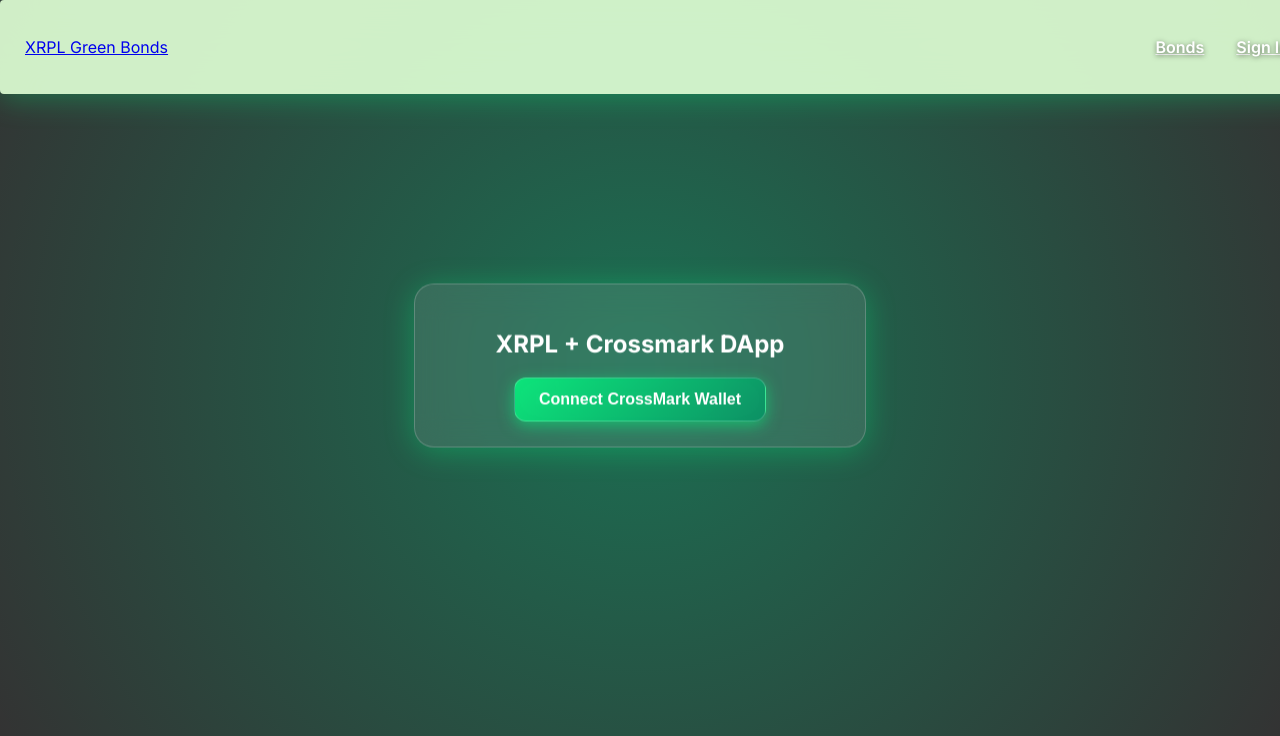
Repository: pbryzek/hackathon-xrpl
Page: / (app in frontend/)
An editor plug-in stored every save of this project. The page is shown before and after the next save, followed by the edit.
The browser window is 1280 px wide. The pictures show the whole page.
The page's requests for data from a server got no answer. The project was rebuilt for these pictures with package versions that can differ from the ones it lists, and the page was loaded fresh each time. No one was signed in, and anything a server would have sent is missing. Also part of the build but not shown: frontend/vite.config.ts, frontend/src/services/bondService.ts, frontend/src/pages/BondSelection.tsx, frontend/src/lib/utils.ts, frontend/src/components/ui/button.tsx, frontend/src/components/ui/input.tsx, frontend/src/components/ui/label.tsx, frontend/src/components/ui/tabs.tsx and 15 more.

Above is the page before, as saved 2025-03-15 11:43:43.

### frontend/index.html
<!DOCTYPE html>
<html lang="en">
  <head>
    <meta charset="UTF-8" />
    <meta name="viewport" content="width=device-width, initial-scale=1.0" />
    <title>buy-sell-bonds</title>
    <meta name="description" content="Lovable Generated Project" />
    <meta name="author" content="Lovable" />
    <meta property="og:image" content="/og-image.png" />
  </head>

  <body>
    <div id="root"></div>
    <!-- IMPORTANT: DO NOT REMOVE THIS SCRIPT TAG OR THIS VERY COMMENT! -->
    <script src="https://cdn.gpteng.co/gptengineer.js" type="module"></script>
    <script type="module" src="/src/main.tsx"></script>
  </body>
</html>

### frontend/src/main.tsx
import { createRoot } from 'react-dom/client'
import App from './App.tsx'
import './index.css'
import './index1.css'

createRoot(document.getElementById("root")!).render(<App />);

### frontend/src/App.tsx
import React from "react";
import { BrowserRouter as Router, Routes, Route } from "react-router-dom";
import BondSelection from "./pages/BondSelection";
import CrossMarkAuth from "./pages/CrossMarkAuth";
import Index from "./pages/Index";
import NotFound from "./pages/NotFound";
// ✅ Import the Header Component
import Header from "./components/ui/header";
import "./index.css"; // ✅ Ensure Tailwind is applied
import "./index1.css"; // ✅ Ensure Tailwind is applied


const App: React.FC = () => {
  return (
    <Router>
      <div className="flex flex-col min-h-screen bg-background text-foreground">
        <Header />
        <main className="flex-grow p-4">
          <Routes>
            <Route path="/" element={<CrossMarkAuth />} />
            <Route path="/bonds" element={<BondSelection />} />
            <Route path="/marketplace" element={<Index />} />
            <Route path="*" element={<NotFound />} />
          </Routes>
        </main>
      </div>
    </Router>
  );
};

export default App;

### frontend/src/index.css
@import url('https://fonts.googleapis.com/css2?family=Inter:wght@100;200;300;400;500;600;700;800;900&display=swap');

@tailwind base;
@tailwind components;
@tailwind utilities;


@layer base {
  :root {
    --background: 210 40% 98%;
    --foreground: 222 47% 11%;

    --card: 0 0% 100%;
    --card-foreground: 222 47% 11%;

    --popover: 0 0% 100%;
    --popover-foreground: 222 47% 11%;

    --primary: 221 83% 53%;
    --primary-foreground: 210 40% 98%;

    --secondary: 210 40% 96%;
    --secondary-foreground: 222 47% 11%;

    --muted: 210 40% 96%;
    --muted-foreground: 220 16% 46%;

    --accent: 210 40% 96%;
    --accent-foreground: 222 47% 11%;

    --destructive: 0 84% 60%;
    --destructive-foreground: 210 40% 98%;

    --border: 220 14% 90%;
    --input: 220 14% 90%;
    --ring: 221 83% 53%;

    --radius: 0.8rem;

    --bond-blue: 221 83% 53%;
    --bond-blue-light: 213 94% 68%;
    --bond-blue-dark: 224 76% 48%;
    --bond-gray: 220 14% 90%;
    --bond-gray-light: 220 14% 95%;
    --bond-gray-dark: 218 11% 80%;
    --bond-green: 142 76% 36%;
    --bond-red: 0 84% 60%;
  }

  .dark {
    --background: 222 47% 11%;
    --foreground: 210 40% 98%;

    --card: 222 47% 11%;
    --card-foreground: 210 40% 98%;

    --popover: 222 47% 11%;
    --popover-foreground: 210 40% 98%;

    --primary: 217 91% 60%;
    --primary-foreground: 222 47% 11%;

    --secondary: 217 33% 17%;
    --secondary-foreground: 210 40% 98%;

    --muted: 217 33% 17%;
    --muted-foreground: 215 20% 65%;

    --accent: 217 33% 17%;
    --accent-foreground: 210 40% 98%;

    --destructive: 0 63% 31%;
    --destructive-foreground: 210 40% 98%;

    --border: 217 33% 17%;
    --input: 217 33% 17%;
    --ring: 224 76% 48%;
  }
}

@layer base {
  body {
    background-color: hsl(var(--background));
    color: hsl(var(--foreground));
  }
}

.glass-panel {
  background-color: rgba(255, 255, 255, 0.9);
  backdrop-filter: blur(12px);
  border: 1px solid rgba(255, 255, 255, 0.4);
  box-shadow: 0 4px 6px -1px rgba(0, 0, 0, 0.1), 0 2px 4px -1px rgba(0, 0, 0, 0.06);
}

.animate-enter {
  animation: fade-in 0.4s forwards, slide-up 0.4s forwards;
}

.bond-hover {
  transition: all 0.2s ease-out;
}

.bond-hover:hover {
  transform: translateY(-2px);
}

/* Scrollbar styling */
::-webkit-scrollbar {
  width: 6px;
  height: 6px;
}

::-webkit-scrollbar-track {
  background: transparent;
}

::-webkit-scrollbar-thumb {
  background: hsl(var(--bond-gray-dark));
  border-radius: 6px;
}

::-webkit-scrollbar-thumb:hover {
  background: hsl(var(--bond-blue-light));
}

/* ✅ Floating effect for navbar */
header {
  box-shadow: 0px 4px 30px rgba(0, 255, 128, 0.3);
}

### frontend/src/index1.css
@tailwind base;
@tailwind components;
@tailwind utilities;

@keyframes float {
  0% { transform: translateY(0px); }
  50% { transform: translateY(-10px); }
  100% { transform: translateY(0px); }
}

/* ✅ Global Styles */
body {
  background: radial-gradient(circle, rgba(2, 96, 64, 0.9) 0%, rgba(0, 0, 0, 0.8) 100%);
  color: white;
  font-family: "Inter", sans-serif;
}

/* ✅ Floating Animation */
.floating {
  animation: float 3s ease-in-out infinite;
}
/* ✅ Lightened Glassmorphism Navbar */
.header {
  background: rgba(221, 253, 211, 0.931); /* Lighter semi-transparent */
  backdrop-filter: blur(20px);
  box-shadow: 0px px 15px rgba(187, 253, 220, 0.4);
  padding: 25px;
  border-radius: 4px;
  position: fixed;
  top: 0;
  left: 0;
  width: 100%;
  z-index: 50;
}

/* ✅ Navbar Links */
.nav-link {
  color: white !important; /* Brighter for visibility */
  font-weight: 600;
  text-shadow: 0px 1px 5px rgba(0, 0, 0, 0.5); /* Slight glow */
  padding: 12px 16px;
  border-radius: 8px;
  transition: background 0.3s ease-in-out;
}

.nav-link:hover {
  background: rgba(255, 255, 255, 0.4);
  color: #001F1F; /* Darker contrast on hover */
  text-shadow: none;
}

/* ✅ Logo Visibility */
.logo {
  font-size: 14rem;
  font-weight: bold;
  color: #00FF99; /* Neon green */
  text-shadow: 0px 2px 10px rgba(0, 255, 128, 0.7);
}







/* ✅ Glass Card */
.glass-card {
  background: rgba(255, 255, 255, 0.1); /* Semi-transparent white */
  backdrop-filter: blur(15px); /* Smooth frosted glass effect */
  box-shadow: 0px 4px 30px rgba(0, 255, 128, 0.3); /* Stronger green glow */
  border: 1px solid rgba(255, 255, 255, 0.2); /* Subtle border */
  padding: 25px;
  border-radius: 20px;
  transition: all 0.3s ease-in-out;
}

.glass-card:hover {
  box-shadow: 0px 6px 35px rgba(0, 255, 128, 0.5); /* More intense on hover */
  transform: scale(1.02); /* Slight expansion effect */
}

/* ✅ Glass Button */
.glass-button {
  background: linear-gradient(135deg, rgba(0, 255, 128, 0.8), rgba(0, 150, 100, 0.8));
  color: white;
  padding: 12px 24px;
  border-radius: 12px;
  font-size: 16px;
  font-weight: bold;
  backdrop-filter: blur(15px);
  border: 1px solid rgba(255, 255, 255, 0.2);
  box-shadow: 0px 4px 15px rgba(0, 255, 128, 0.5);
  transition: all 0.3s ease-in-out;
}

.glass-button:hover {
  background: linear-gradient(135deg, rgba(0, 255, 128, 1), rgba(0, 150, 100, 1));
  transform: scale(1.05);
  box-shadow: 0px 6px 20px rgba(0, 255, 128, 0.7);
}

.glass-button:disabled {
  background: rgba(255, 255, 255, 0.2);
  cursor: not-allowed;
  box-shadow: none;
}

### frontend/src/pages/CrossMarkAuth.tsx
import React, { useState, useEffect } from "react";
import sdk from "@crossmarkio/sdk";
import * as xrpl from "xrpl";
import "../index1.css"
import { signIn } from "../services/authService"; // Import service

const CrossmarkAuth: React.FC = () => {
  const [account, setAccount] = useState<string | null>(null);
  const [balance, setBalance] = useState<string | null>(null);
  const [isLoading, setIsLoading] = useState<boolean>(false);

  useEffect(() => {
    console.log("Crossmark session will not restore automatically.");
    // Do NOT check localStorage or auto-authenticate
  }, []);


  const signInWithCrossmark = async () => {
    setIsLoading(true);
    try {
      console.log("User clicked sign-in, starting authentication...");

      // Step 1: Authenticate via Crossmark
      const { response } = await sdk.methods.signInAndWait();
      if (!response || !response.data || !response.data.address) {
        throw new Error("Failed to authenticate with Crossmark");
      }

      const userAccount = response.data.address;
      setAccount(userAccount);
      fetchBalance(userAccount);

      // Step 2: Send wallet address to backend
      console.log("Sending wallet address to backend...");
      const backendResponse = await signIn();
      console.log("Backend Response:", backendResponse);

    } catch (error) {
      console.error("Crossmark sign-in failed:", error);
    } finally {
      setIsLoading(false);
    }
  };

  const fetchBalance = async (walletAddress: string) => {
    try {
      const client = new xrpl.Client("wss://s.altnet.rippletest.net/");
      await client.connect();
      const response = await client.request({
        command: "account_info",
        account: walletAddress,
        ledger_index: "validated",
      });
      const xrpBalance = xrpl.dropsToXrp(response.result.account_data.Balance);
      setBalance(xrpBalance.toString());
      client.disconnect();
    } catch (error) {
      console.error("Error fetching balance:", error);
    }
  };

  return (
    <div className="flex justify-center items-center h-screen bg-background">
      <div className="floating glass-card text-center w-[400px]">
        <h2 className="text-2xl font-semibold text-primary mb-4">XRPL + Crossmark DApp</h2>

        {!account ? (
          <button
            onClick={signInWithCrossmark}
            disabled={isLoading}
            className="glass-button transition-all duration-300"
          >
            {isLoading ? "Signing in..." : "Connect CrossMark Wallet"}
          </button>
        ) : (
          <>
            <p className="text-lg text-white/90 mb-2">Connected Wallet:</p>
            <p className="text-white text-lg font-bold">{account}</p>
            <p className="text-sm text-white/70 mt-2">Balance: {balance} XRP</p>
          </>
        )}
      </div>
    </div>
  );
};

export default CrossmarkAuth;

### frontend/src/components/ui/header.tsx
import React from "react";
import { Link } from "react-router-dom";

const Header: React.FC = () => {
  return (
    <header className="header">
      <div className="container mx-auto flex justify-between items-center px-6">
        {/* ✅ Logo */}
        <Link to="/" className="text-2xl font-extrabold text-primary tracking-wider">
          XRPL Green Bonds
        </Link>

        {/* ✅ Navigation Links */}
        <nav className="flex space-x-6">
          <Link to="/bonds" className="nav-link">Bonds</Link>
          <Link to="/auth" className="nav-link">Sign In</Link>
        </nav>
      </div>
    </header>
  );
};

export default Header;

### frontend/src/services/authService.ts
const BACKEND_URL = import.meta.env.VITE_BACKEND_DOMAIN;

export const signIn = async () => {
    try {
      const response = await fetch(`${BACKEND_URL}/create-signin`, {
        method: "POST",
        headers: {
          "Content-Type": "application/json",
        },
      });

      if (!response.ok) {
        throw new Error(`HTTP error! Status: ${response.status}`);
      }

      const data = await response.json();
      console.log("Sign-in response:", data);
      return data;
    } catch (error) {
      console.error("Error signing in:", error);
      throw error;
    }
};

After the next save:
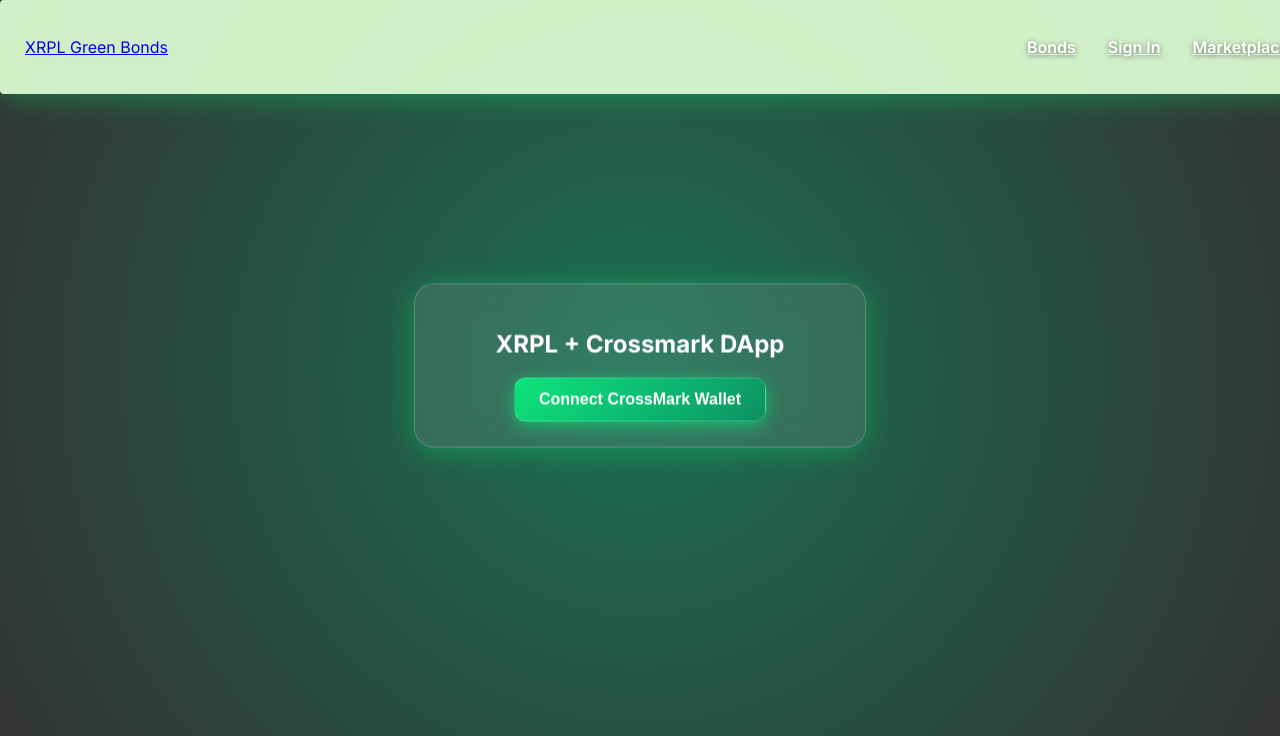
Saved 102 s later.
--- a/frontend/src/components/ui/header.tsx
+++ b/frontend/src/components/ui/header.tsx
@@ -14,6 +14,7 @@
         <nav className="flex space-x-6">
           <Link to="/bonds" className="nav-link">Bonds</Link>
           <Link to="/auth" className="nav-link">Sign In</Link>
+          <Link to="/marketplace" className="nav-link">Marketplace</Link>
         </nav>
       </div>
     </header>
